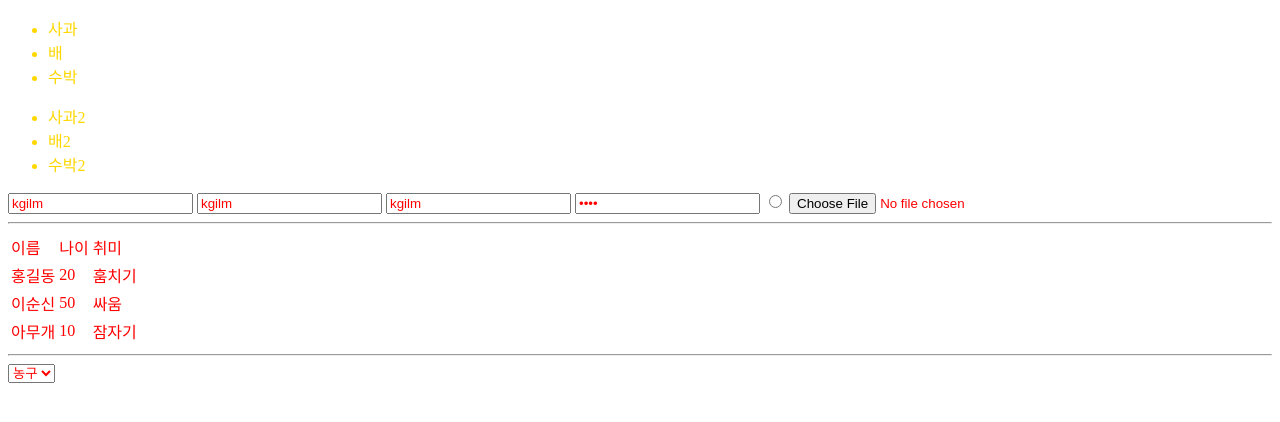
Repository: poomshen/team_03_project2
Page: Web_Jquery/WebContent/Ex04_Jquery_Basic.html
These files come from the project's save history. The page is drawn as it stood at one moment and after the next save; the edit follows.
The browser window is 1280 px wide. The pictures show the whole page.
Some web libraries are served in a nearby version.

Above is the page before, as saved 2016-09-01 07:32:36.

### Web_Jquery/WebContent/Ex04_Jquery_Basic.html
<!DOCTYPE html>
<html>
<head>
<meta charset="UTF-8">
<title>Insert title here</title>
<script src="https://ajax.googleapis.com/ajax/libs/jquery/3.1.0/jquery.min.js"></script>
<script type="text/javascript">
		/*
				Mouse Events	Keyboard Events			Form Events				Document/Window Events
				click							keypress						submit									load
				dblclick					keydown						change									resize
				mouseenter			keyup								focus										scroll
				mouseleave	 												blur   									unload
		 */
	$(document).ready(function() {
		//선택자
		$('body > *').css('color', 'red'); //자식 선택자
		$('div > *').css('color', 'gold');  // 선택자 > 자식 (css 안쪽 우선)
		//$("input[type=text]").val(); //getter
		$("input[type=text]").val('kgilm'); //setter 파라미터가 있으면
		//<input value = "kglim"
		$("input[type=password]").val('1004');//setter
		console.log($("input[type=password]").val());//getter
	});
</script>
</head>
<body>
   <div>
      <ul>
         <li>사과</li>
         <li>배</li>
         <li>수박</li>
      </ul>
   </div>
   <div>
      <ul>
         <li>사과2</li>
         <li>배2</li>
         <li>수박2</li>
      </ul>
   </div>
   <input type="text">
   <input type="text">
   <input type="text">
   <input type="password">
   <input type="radio">
   <input type="file">
   <hr>
   <table>
      <tr>
         <td>이름</td>
         <td>나이</td>
         <td>취미</td>
      </tr>
      <tr>
         <td>홍길동</td>
         <td>20</td>
         <td>훔치기</td>
      </tr>
         <tr>
         <td>이순신</td>
         <td>50</td>
         <td>싸움</td>
      </tr>
         <tr>
         <td>아무개</td>
         <td>10</td>
         <td>잠자기</td>
      </tr>
   </table>
   <hr>
   <select>
      <option>농구</option>
      <option>축구</option>
      <option>야구</option>
      <option>배구</option>
   </select>

</body>
</html>

After the next save:
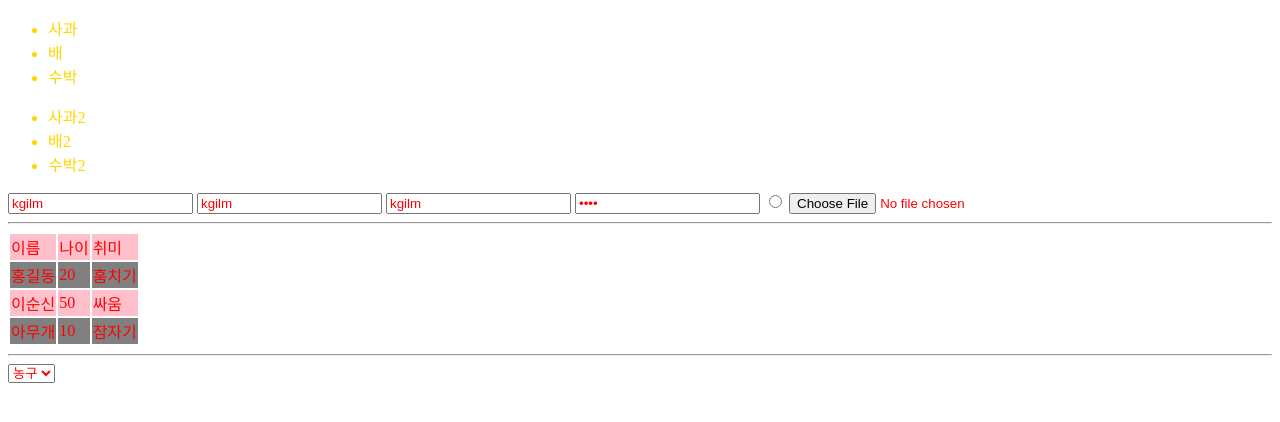
Saved 68 s later.
--- a/Web_Jquery/WebContent/Ex04_Jquery_Basic.html
+++ b/Web_Jquery/WebContent/Ex04_Jquery_Basic.html
@@ -21,6 +21,9 @@
 		//<input value = "kglim"
 		$("input[type=password]").val('1004');//setter
 		console.log($("input[type=password]").val());//getter
+
+		$('tr:odd').css('background','gray');
+		$('tr:even').css('background','pink');
 	});
 </script>
 </head>
